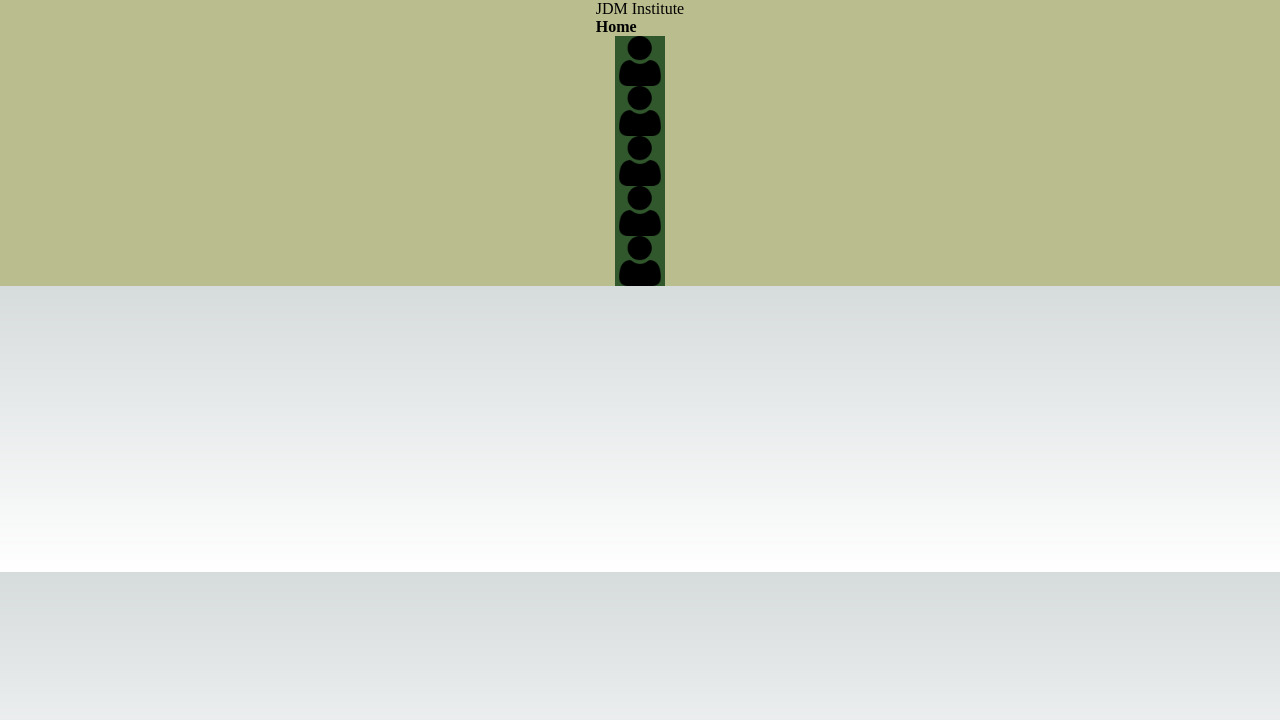
Repository: jennydmcm/class03practice
Page: /about
An editor plug-in stored every save of this project. The page is shown before and after the next save, followed by the edit.
The browser window is 1280 px wide. The pictures show the whole page.
The project was rebuilt for these pictures with package versions that can differ from the ones it lists, and the page was loaded fresh each time. The framework's server and built-in components were replaced by stand-ins that run in the browser. Also part of the build but not shown: next.config.js.

Above is the page before, as saved 2023-01-24 20:54:11.

### pages/about.js
import Head from 'next/head'
import Image from 'next/image'
import { Inter } from '@next/font/google'
import data from '../data/employee.json'
import Link from 'next/link'
import { useState } from 'react'
import Card from '@/components/Card/about'
import styles from '@/styles/About.module.css'

export default function About() {
    const [information, setInformation] = useState([...data])

    return (
        <>
            <Head>
                <title>About Us</title>
                <meta name="description" content="Generated by create next app"/>
                <meta name="viewport" content="width=device-width, initial-scale=1"/>
                <link rel="icon" href="/favicon.ico"/>
            </Head>
            <main className={styles.main}>
                <div class="nav-bar">
                    <div class="nav-title">JDM Institute</div>
                    <div class="nav-button">
                        <Link className={styles.link} href="..">Home</Link>
                    </div>
                </div>
                {
                    information && information.map((info, index) => {
                        return (
                            <Card key={index} name={info.firstName}/>

                            )
                    })
                }
            </main>
        </>
    )
}

### data/employee.json
[
    {
        "studentNumber": "A0004567",
        "firstName": "Person 1",
        "gpa": 3.8,
        "department": "Business",
        "degree": "Finance",
        "graduated": 2014
    },
    {
        "studentNumber": "A0001234",
        "firstName": "Person 2",
        "gpa": 3.5,
        "department": "Business",
        "degree": "Accounting",
        "graduated": 2010
    },
    {
        "studentNumber": "A0007890",
        "firstName": "Person 3",
        "gpa": 3.2,
        "department": "Computing",
        "degree": "Applied Software Development Certificate",
        "graduated": 2018
    },
    {
        "studentNumber": "A0007828",
        "firstName": "Person 4",
        "gpa": 3.9,
        "department": "Computing",
        "degree": "Computer Systems Diploma",
        "graduted": 2021
    },
    {
        "studentNumber": "A0003425",
        "firstName": "Person 5",
        "gpa": 3.2,
        "department": "Computing",
        "degree": "Applied Computer Information Systems Certificate",
        "graduated": 2021
    }
]

### components/Card/about.js
export default function Card({
    degree="none",
    colour="#31572C",
    font="0",
    image="icon/personTwo.png"
}) {
    return(
        <div style={{backgroundColor: colour, fontSize:font}}>
            {
                colour === "red" ?    <img src={'icon/person.png'} width='50'/> :
                colour === "blue" ?   <img src={'icon/personThree.png'} width='50'/> :
                                    <img src={image} width='50'/>
            }
            {degree}
        </div>
    )
}

### styles/About.module.css
.main{
    display: flex;
    flex-direction: column;
    justify-content: center;
    align-items: center;
    background-color: #BABD8D;
}

.link{
    text-decoration: none;
    font-weight: 800;
}

Loaded but not shown: pages/_app.js (common file); pages/_document.js (common file); styles/globals.css (common file)

After the next save:
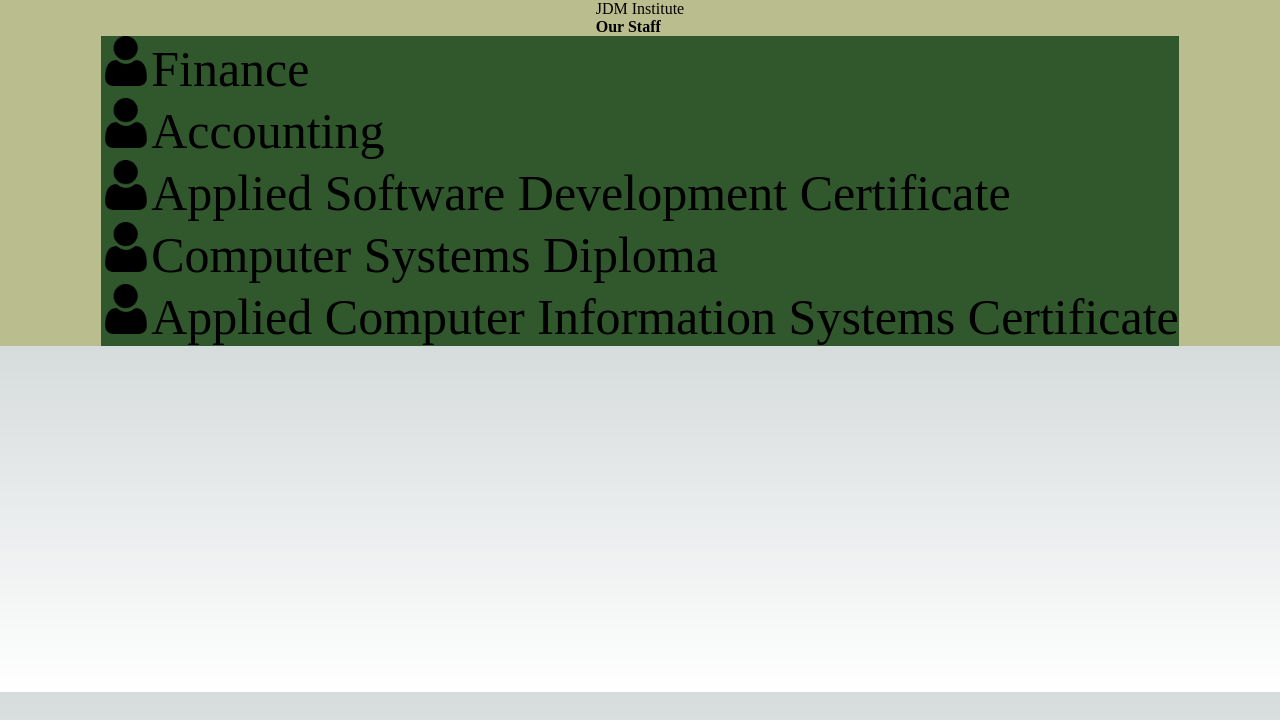
Saved 103 s later.
--- a/pages/about.js
+++ b/pages/about.js
@@ -19,21 +19,52 @@ export default function About() {
                 <link rel="icon" href="/favicon.ico"/>
             </Head>
             <main className={styles.main}>
-                <div class="nav-bar">
-                    <div class="nav-title">JDM Institute</div>
-                    <div class="nav-button">
-                        <Link className={styles.link} href="..">Home</Link>
-                    </div>
-                </div>
-                {
-                    information && information.map((info, index) => {
-                        return (
-                            <Card key={index} name={info.firstName}/>
+        <div className={styles.navbar}>
+          <div className={styles.navtitle}>JDM Institute</div>
+          <div className={styles.navbutton}>
+            <Link className={styles.link} href="about">Our Staff</Link>
+          </div>
+        </div>
 
-                            )
-                    })
-                }
-            </main>
-        </>
-    )
-}
+      <div className={styles.cards}>
+        {
+          information && information.map((info, index) => {
+            if(info.department.toLowerCase() === "business"){
+              return (
+                <Card
+                  key={index}
+                  degree={info.degree}
+                  gpa={info.gpa}
+                  colourCard="#BABD8D"
+                  colourInfo="#31572C"
+                  font="50px"
+                  fontColour="#132A13"
+                />
+              )
+            }
+          })
+        }
+
+        {
+          information && information.map((info, index) => {
+            if(info.department.toLowerCase() === "computing"){
+              return (
+                <Card
+                  key={index}
+                  degree={info.degree}
+                  gpa={info.gpa}
+                  colourCard="#BABD8D"
+                  colourInfo="#31572C"
+                  font="50px"
+                  fontColour="#132A13"
+
+                />
+              )
+            }
+          })
+        }
+        </div>
+      </main>
+    </>
+  )
+      }
